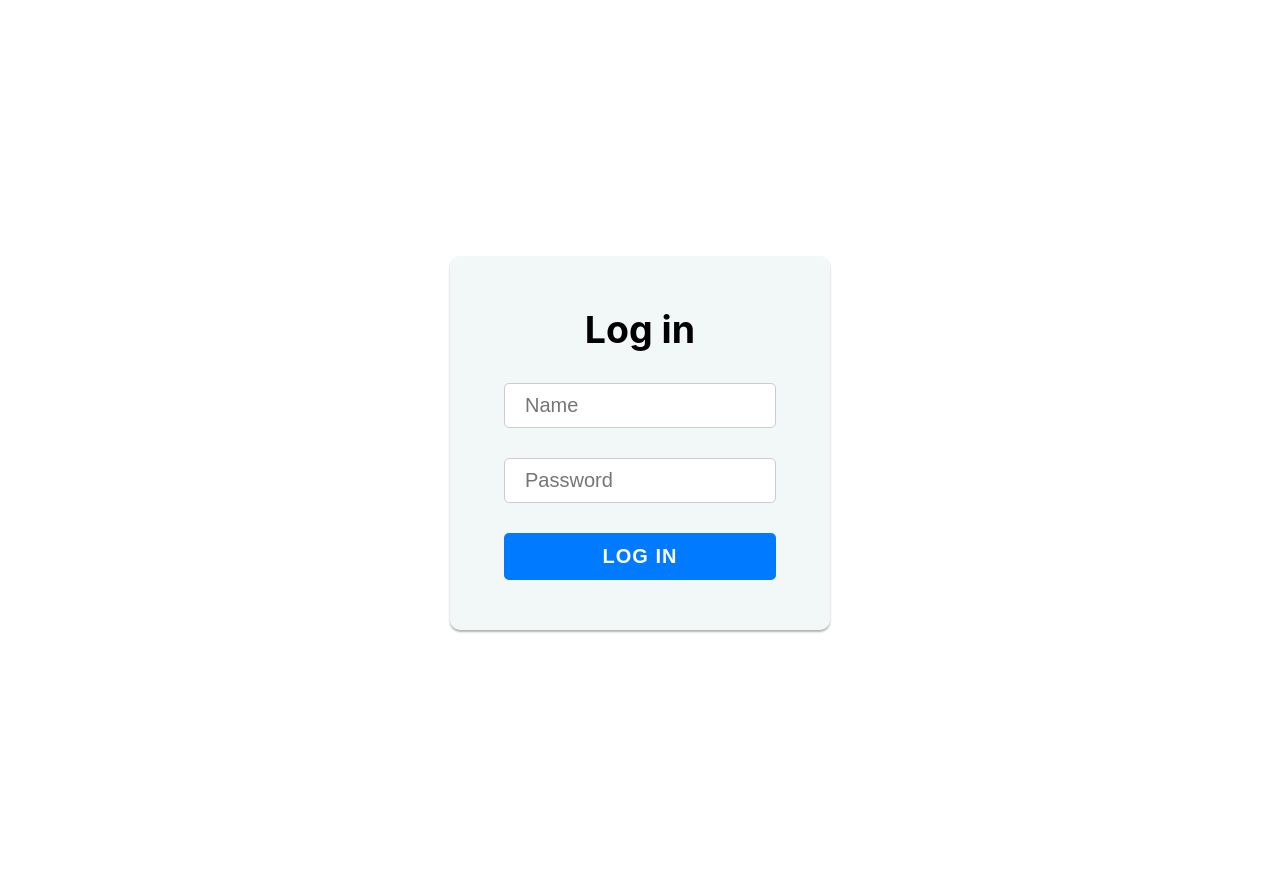
Repository: superHotBob/admin_nftillion
Page: /
An editor plug-in stored every save of this project. The page is shown before and after the next save, followed by the edit.
The browser window is 1280 px wide. The pictures show the whole page.
The project was rebuilt for these pictures with package versions that can differ from the ones it lists, and the page was loaded fresh each time. Also part of the build but not shown: src/components/Users/styles.scss, src/components/NavPanel/styles.scss, src/components/NavPanel/index.js, src/components/Users/index.js, src/components/Collections/styles.scss, src/components/Collections/index.js.

Above is the page before, as saved 2022-04-23 08:33:39.

After the next save:
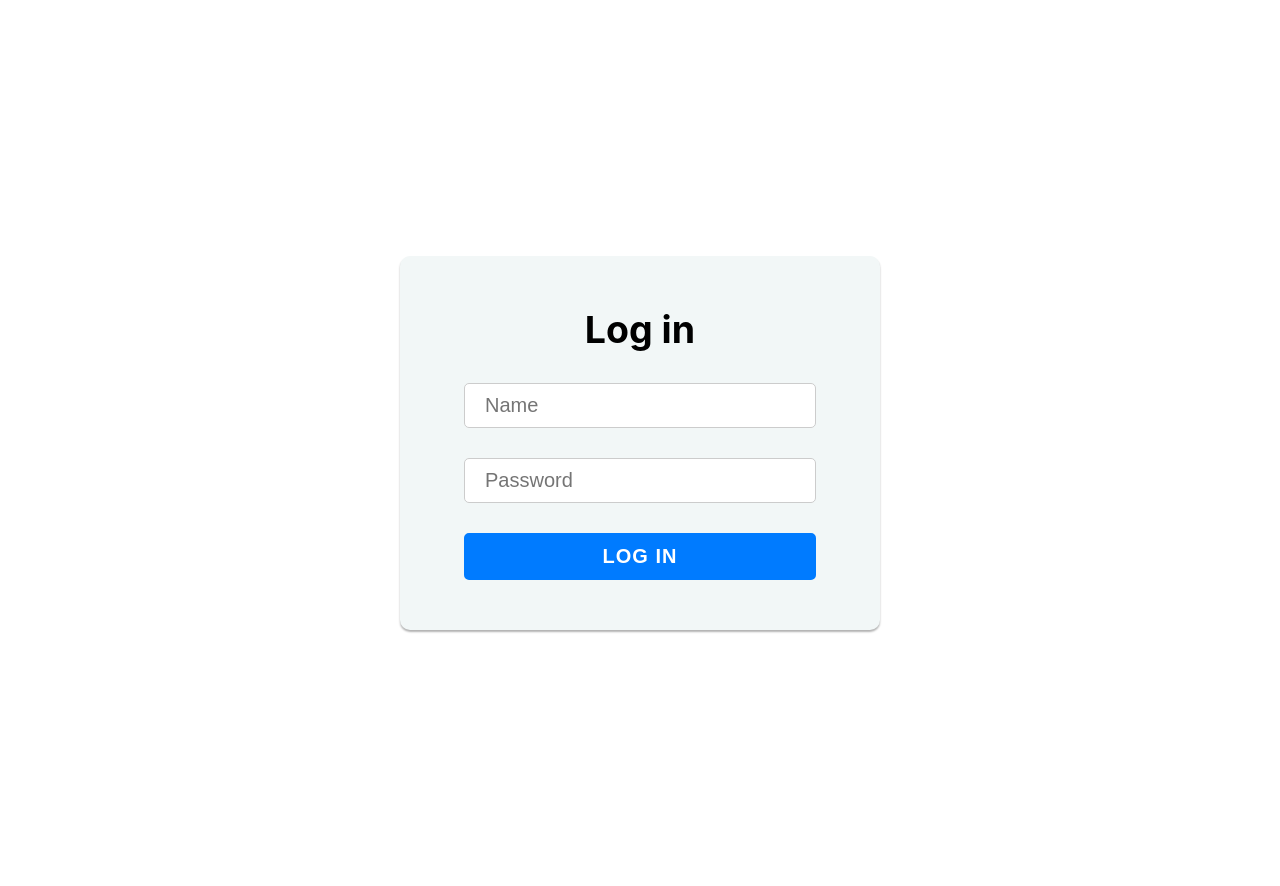
Saved 61 s later.
--- a/src/components/Home/styles.scss
+++ b/src/components/Home/styles.scss
@@ -2,7 +2,7 @@ $submit: #007bff;
 $white: #007bff;
 $transition: all 0.25s ease-in-out;
 .mainblock {
-    width: 340px;
+    width: 440px;
     height: auto;
     padding: 20px;
     background-color: #f2f7f7;
